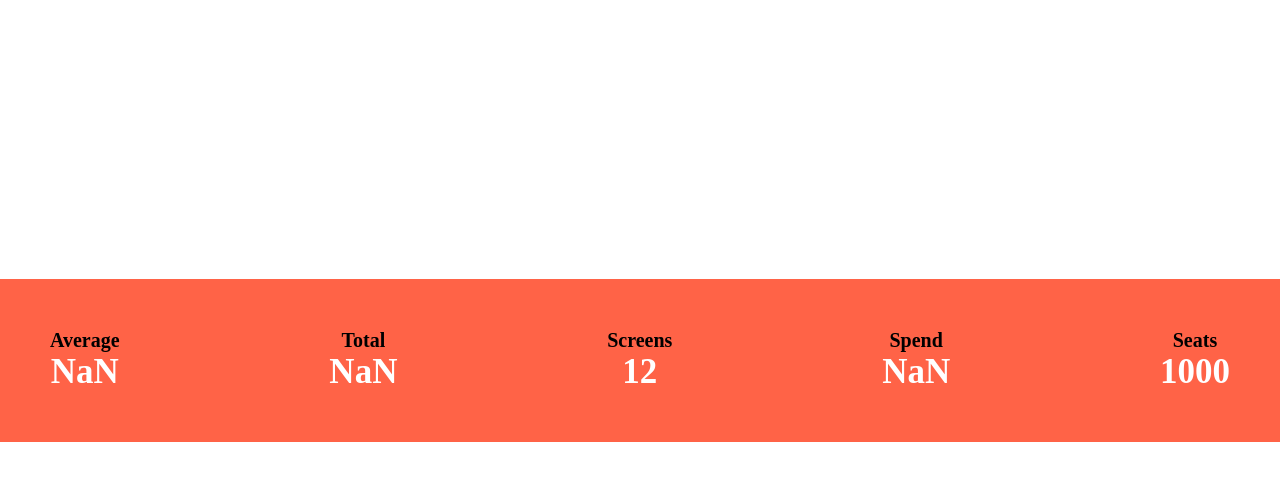
Repository: Dmitriy970411/myDoc1
Page: my-jquery-workings/counter/index.html
These files come from the project's save history. The page is drawn as it stood at one moment and after the next save; the edit follows.
The browser window is 1280 px wide. The pictures show the whole page.

Above is the page before, as saved 2020-01-23 04:51:19.

### my-jquery-workings/counter/index.html
<!DOCTYPE html>
<html lang="en">

<head>
   <meta charset="UTF-8">
   <meta name="viewport" content="width=device-width, initial-scale=1.0">
   <meta http-equiv="X-UA-Compatible" content="ie=edge">
   <title> project</title>
   <link rel="stylesheet" href="css/style.css">
</head>

<body>
  <div class="align">
    <div class="stat-wrap">
       <div>
          Average
          <span class="stat-number">678,99</span>
       </div>
       <div>
          Total
          <span class="stat-number">8,00</span>
       </div>
          <div>
             Screens
          <span class="stat-number">12</span>
       </div>
          <div>
             Spend
          <span class="stat-number">21,11</span>
       </div>
          <div>
             Seats
          <span class="stat-number">1000</span>
       </div>
    </div>
 </div>

   </div>
</body>
<script src="js/jquery-3.4.1.min.js"></script>
   <script src="js/main.js"></script>
</html>

### my-jquery-workings/counter/css/style.css
body{
   margin: 0;
}
.align{
   -webkit-display: flex;
   -moz-display: flex;
   -ms-display: flex;
   -o-display: flex;
   display: flex;
   -webkit-flex-align: center;
   -ms-flex-align: center;
   -webkit-align-items: center;
   align-items: center;
   height:100vh;
}
.stat-wrap{
   background: tomato;
   -webkit-display: flex;
   -moz-display: flex;
   -ms-display: flex;
   -o-display: flex;
   display: flex;
   justify-content:space-between;
   padding: 50px;
   width: 100%;

}

.stat-wrap div{
   font-size: 20px;
   font-weight: bold;
   text-align: center;
}
.stat-number{
   display: block;
   font-size: 35px;
   font-weight: bold;
   color: white;
}

### my-jquery-workings/counter/js/main.js
(function() {

	$('.stat-number').each(function () {
		var size = $(this).text().split(",")[1];
		console.log(size)
		if(size) {
			var size = size.length;
		}

		if(!size) {
			var size = 0;
		}

		var prop = $(this)
		.prop('Counter', 0);
		console.info(prop);
		$(prop).animate({
			Counter: $(this).text()

		}, {
			duration: 5000,
			step: function (func) {
				 var pointNumb = $(this).text(parseFloat(func).toFixed(size).replace('.', ','));
			}
		});
	});

})();

Loaded but not shown: my-jquery-workings/counter/js/jquery-3.4.1.min.js (library)

After the next save:
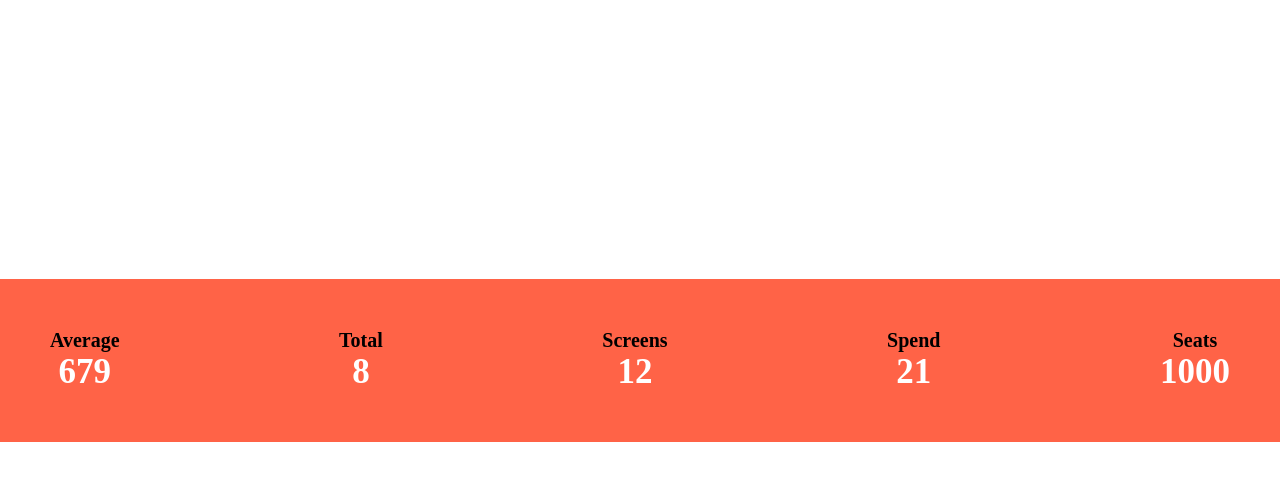
Saved 22 s later.
--- a/my-jquery-workings/counter/index.html
+++ b/my-jquery-workings/counter/index.html
@@ -14,11 +14,11 @@
     <div class="stat-wrap">
        <div>
           Average
-          <span class="stat-number">678,99</span>
+          <span class="stat-number">678.99</span>
        </div>
        <div>
           Total
-          <span class="stat-number">8,00</span>
+          <span class="stat-number">8.00</span>
        </div>
           <div>
              Screens
@@ -26,7 +26,7 @@
        </div>
           <div>
              Spend
-          <span class="stat-number">21,11</span>
+          <span class="stat-number">21.11</span>
        </div>
           <div>
              Seats
